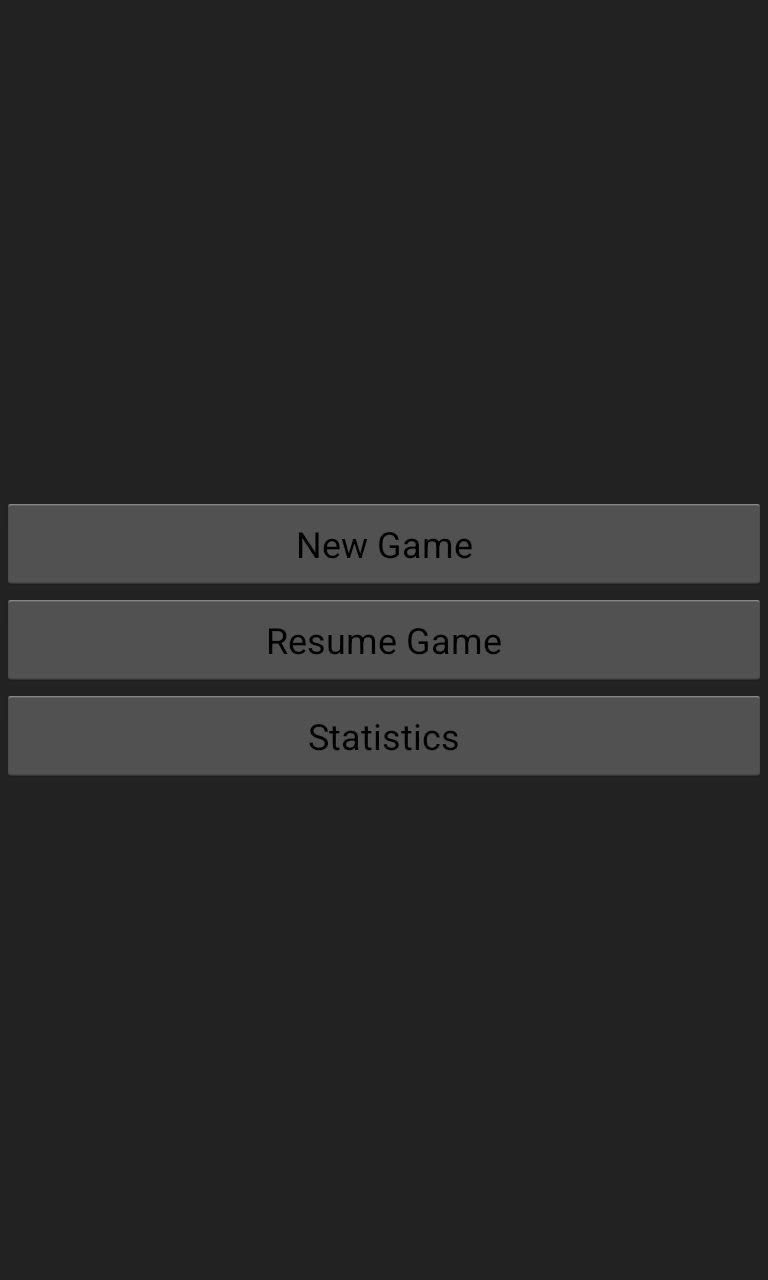
Repository: andyhurd/SuperMunchkin
Layout: SuperMunchkin/res/layout/activity_main_menu.xml
These files come from the project's save history. The layout is drawn as it stood at one moment and after the next save; the edit follows.
It is drawn on a 768 x 1280 px phone screen (xhdpi) without system bars, with theme AppTheme; the app's code is not run.

Above is the layout before, as saved 2012-11-02 01:07:17.

After the next save:
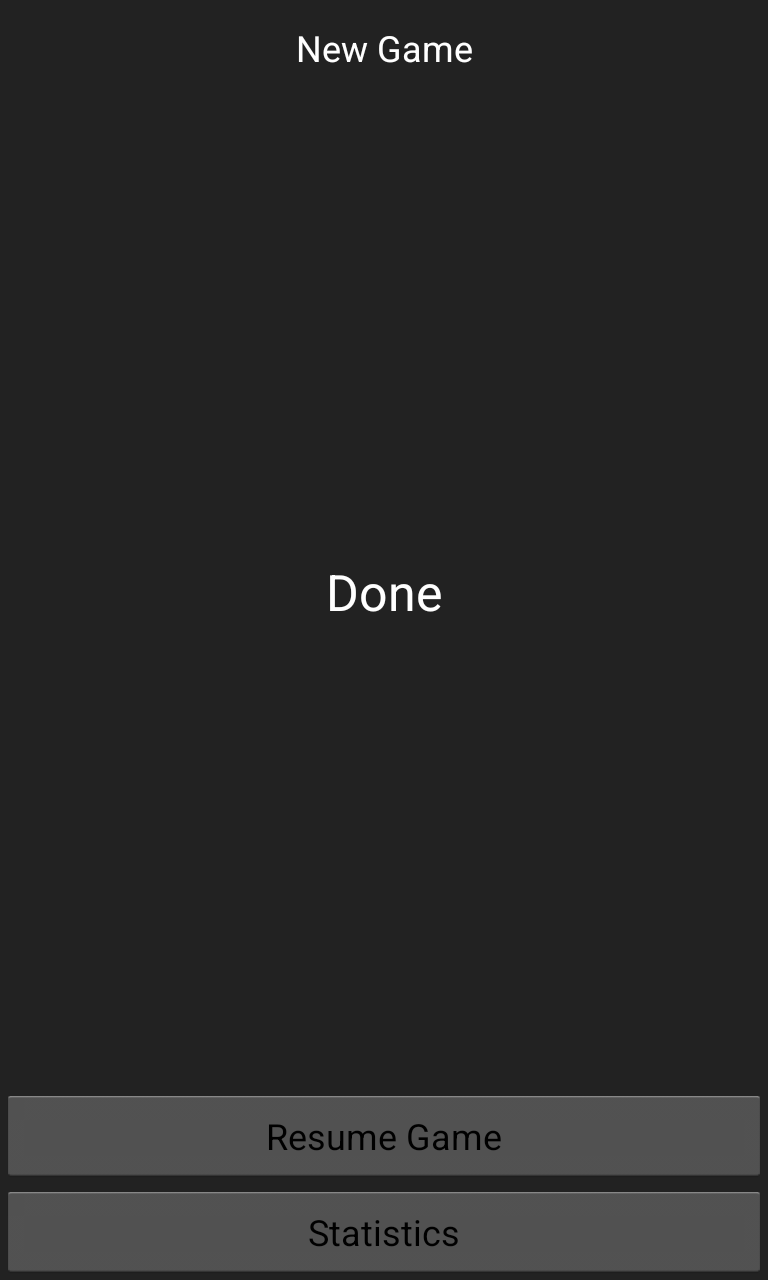
Saved 48 s later.
--- a/SuperMunchkin/res/layout/activity_main_menu.xml
+++ b/SuperMunchkin/res/layout/activity_main_menu.xml
@@ -10,7 +10,19 @@
             android:id="@+id/newGameButton"
             android:layout_width="match_parent"
             android:layout_height="wrap_content"
-            android:text="@string/new_game" />
+            android:text="@string/new_game"
+	        android:textColor="@android:color/white"
+	        style="?android:attr/borderlessButtonStyle" />
+
+	        <Button
+	            android:id="@+id/doneButton"
+	            android:layout_width="match_parent"
+	            android:layout_height="wrap_content"
+	            android:text="@string/done"
+	            android:textSize="25dip"
+	            android:textColor="@android:color/white"
+	        	style="?android:attr/borderlessButtonStyle"
+	        	android:layout_weight="1" />
 
         <Button
             android:id="@+id/resumeGameButton"
